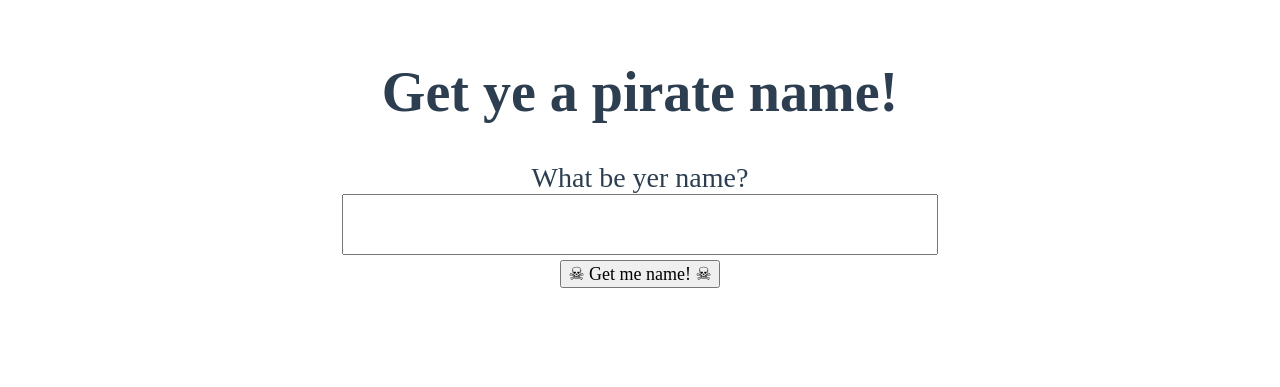
Repository: tessaSAC/pirate-namer
Page: /
These files come from the project's save history. The page is drawn as it stood at one moment and after the next save; the edit follows.
The browser window is 1280 px wide. The pictures show the whole page.
Some web fonts or font styles are not loaded; a fallback is used. The project was rebuilt for these pictures with package versions that can differ from the ones it lists, and the page was loaded fresh each time. Also part of the build but not shown: vite.config.js.

Above is the page before, as saved 2021-08-05 20:15:56.

### src/App.vue
<script>
const pirateTitles = [
  'Anchor Watch',
  'Arrrrmourer',
  'Arrrrmourer\'s Mate',
  'Arrrtist',
  'Boatswain',
  'Bosun\'s Mate',
  'Cape-Merchant',
  'Captain',
  'Cap\'n',
  'Carrrrrrrrrrpenter',
  'Carrrrrrrrrrpenter\'s Mate',
  'Chirurgeon',
  'Cooper',
  'Coxswain',
  'First Mate',
  'Gunner',
  'Gunner\'s Mate',
  'Helmsperson',
  'Linguist',
  'Musketeer',
  'Ropemaker',
  'Sea-Arrrrrrrrrrrrrrtist',
  'Skipper',
  'Stand-by Watch',
  'Steersperson',
  'Surgeon',
  'Top Person',
  'Watch',

  // Nicknames
  'Birdeye',
  'Dread Pirate',
  'Old-Tide',
  'Stinkin',
  'Silly',
  'Viewtiful',
]

const pirateNames = [
  'Aegea',
  'Anamaria',
  'Angelica',
  'Anne',
  'Arcelia',
  'Bonny',
  'Calypso',
  'Charlotte',
  'Ching',
  'Christina',
  'Destiny',
  'Elise',
  'Elizabeth',
  'Flora',
  'Grace',
  'Jacquotte',
  'Jade',
  'Jeanne',
  'Johanna',
  'Lindsey',
  'Maire',
  'Margaret',
  'Maria',
  'Marina',
  'Mary',
  'Nerina',
  'Rachel',
  'Ruth',
  'Sadie',
  'Sayyida',
  'Sirene',
  'Teuta',
  'Tia',
  'Ula',
  'Amaro',
  'Archer',
  'Barbossa',
  'Bartholomew',
  'Calico',
  'Caspian',
  'Charles',
  'Cornelius',
  'Davy',
  'Drake',
  'Edmund',
  'Edward',
  'Francis',
  'Frederick',
  'Hawkins',
  'Henry',
  'Hudd',
  'Jack',
  'JohnIsland',
  'Kiddduring',
  'Marquis',
  'Nathaniel',
  'Nicholas',
  'Phineas',
  'Pierre',
  'Raleigh',
  'Richard',
  'Roger',
  'Ronan',
  'Stede',
  'Thomas',
  'William',
  'Zheng',
  'Bellamy',
  'James',
  'Jordan',
  'Journey',
  'Morgan',
  'Phoenix',
  'Scout',
  'Sailor',
]

const pirateNicknames = [
  'Dark-Skull',
  'One Piece',
  'The Gentle Pirate',
  'The Rhode Island Pirate',
  'The Unicorn',
  'The Vue Fan',
]

export default {
  data: _ => ({
    userName: '',
    pirateName: '',
  }),

  methods: {
    generatePirateName() {
      const [pirateTitles, pirateNicknames] = this.randomiseNicknames()
      const title = this.getRandomName(pirateTitles)
      const pname = this.getRandomName(pirateNames)
      const nickname = this.getRandomName(pirateNicknames)

      this.pirateName = `${ title ? title + ' ' : ''}${ pname }${ nickname ? ' "' + nickname + '"': ''}`
    },

    getRandomName(listNames) {
      const nameToTransform = this.userName || '🦜'
      const characterToGenerateName = nameToTransform.charCodeAt(Math.round(Math.random() * 10000) % (nameToTransform.length - 1)) % listNames.length
      return listNames[characterToGenerateName]
    },

    randomiseNicknames() {
      const tempPirateTitles = [...pirateTitles]
      const tempPirateNicknames = [...pirateNicknames]
      tempPirateTitles.length = Math.round(Math.random() * (tempPirateTitles.length * 3))
      tempPirateNicknames.length = Math.round(Math.random() * (tempPirateTitles.length * 5))
      return [ tempPirateTitles, tempPirateNicknames ]
    }
  },
}
</script>

<template>
<h1>Get ye a pirate name!</h1>
<form @submit.prevent="generatePirateName">
  <label>
    What be yer name?
    <br>
    <input v-model="userName" />
  </label>
  <br>
  <button>
    ☠ Get me name! ☠
  </button>

  <div>
    <output name="Yer Pirate Name Be">
      {{ pirateName }}
    </output>
  </div>
</form>
</template>


<style lang="scss">
@import url('https://fonts.googleapis.com/css2?family=Grenze+Gotisch&family=Miniver&family=Playball&family=Seaweed+Script&family=Trade+Winds&family=Cabin+Sketch&display=swap');

#app {
  /* font-family: 'Trade Winds', cursive;
  font-family: 'Seaweed Script', cursive;
  font-family: 'Playball', cursive; */
  font-family: 'Cabin Sketch', cursive;
  font-family: 'Grenze Gotisch', cursive;
  font-family: 'Miniver', cursive;

  -webkit-font-smoothing: antialiased;
  -moz-osx-font-smoothing: grayscale;
  text-align: center;
  color: #2c3e50;
  margin-top: 60px;

  font-size: 28px;

  input {
    font-family: 'Cabin Sketch';
    font-size: 3rem;
  }

  button {
    font-family: Miniver;
    font-size: 18px;
  }

  output {
    font-family: 'Grenze Gotisch';
  }
}
</style>

Loaded but not shown: index.html (common file); src/main.js (common file)

After the next save:
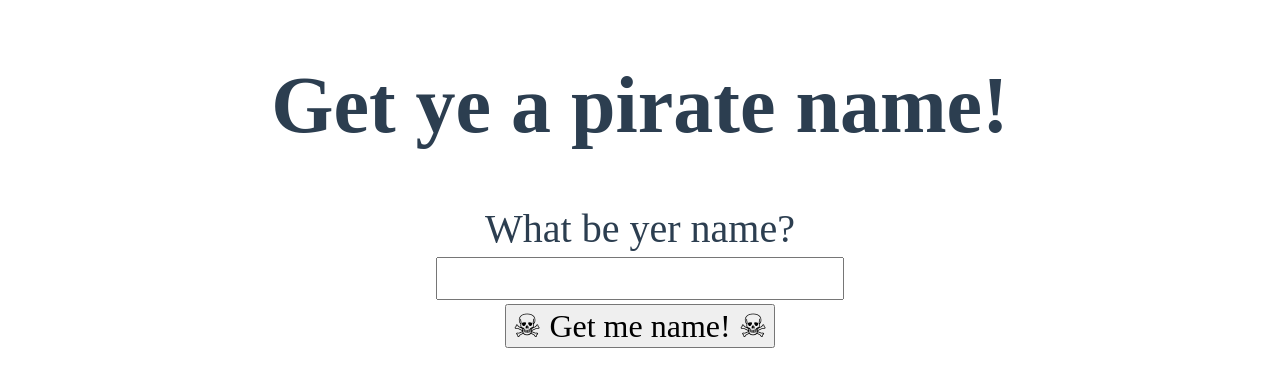
Saved 42 s later.
--- a/src/App.vue
+++ b/src/App.vue
@@ -197,20 +197,21 @@ export default {
   color: #2c3e50;
   margin-top: 60px;
 
-  font-size: 28px;
+  font-size: 2.5rem;
 
   input {
     font-family: 'Cabin Sketch';
-    font-size: 3rem;
+    font-size: 2rem;
   }
 
   button {
     font-family: Miniver;
-    font-size: 18px;
+    font-size: 2rem;
   }
 
   output {
     font-family: 'Grenze Gotisch';
+    font-size: 3rem;
   }
 }
 </style>
